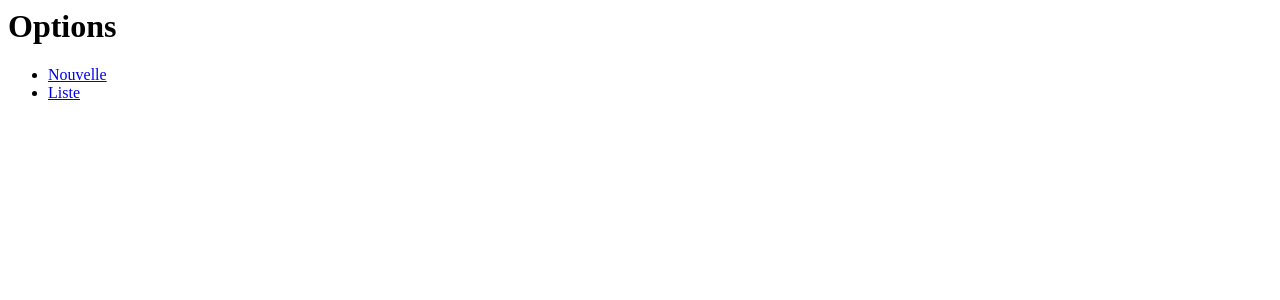
Repository: JulesThuillier/INF3710---TP4
Page: http://localhost/TP4/
The author's editor kept a copy of each file at every save. The page is drawn from the files as they stood at one save, then again after the next save.
The browser window is 1280 px wide. The pictures show the whole page.
The page is served by Tomcat 9.

Above is the page before, as saved 2015-11-20 18:15:07.

### TP4/TP4/WebContent/index.jsp
<html>
<head>
    <title>Menu principal</title>
</head>
<body>
    <h1>Options</h1>
    <ul>
        <li><a href="equipe?option=new">Nouvelle</a></li>
        <li><a href="equipe?option=list">Liste</a></li>
    </ul>
</body>
</html>

After the next save:
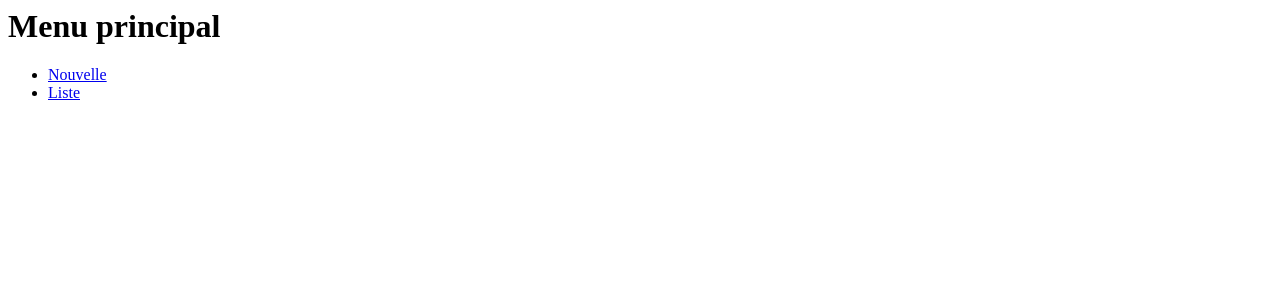
Saved 4 h 4 min later.
--- a/TP4/TP4/WebContent/index.jsp
+++ b/TP4/TP4/WebContent/index.jsp
@@ -3,9 +3,9 @@
     <title>Menu principal</title>
 </head>
 <body>
-    <h1>Options</h1>
+    <h1>Menu principal</h1>
     <ul>
-        <li><a href="equipe?option=new">Nouvelle</a></li>
+        <li><a href="sortie?option=new">Nouvelle</a></li>
         <li><a href="equipe?option=list">Liste</a></li>
     </ul>
 </body>
